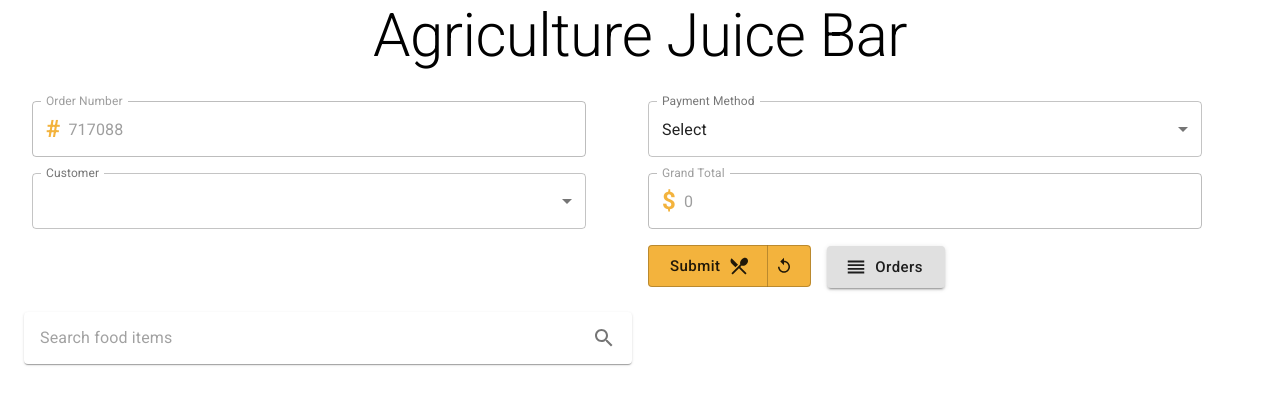
Repository: CydexCode/JuiceBarApplication
Page: / (app in restaurant-app/)
An editor plug-in stored every save of this project. The page is shown before and after the next save, followed by the edit.
The browser window is 1280 px wide. The pictures show the whole page.
The page's requests for data from a server got no answer. The project was rebuilt for these pictures with package versions that can differ from the ones it lists, and the page was loaded fresh each time. No one was signed in, and anything a server would have sent is missing. Also part of the build but not shown: restaurant-app/src/App.css.

Above is the page before, as saved 2024-02-06 03:50:07.

### restaurant-app/public/index.html
<!DOCTYPE html>
<html lang="en">
  <head>
    <meta charset="utf-8" />
    <link rel="icon" href="%PUBLIC_URL%/favicon.ico" />
    <meta name="viewport" content="width=device-width, initial-scale=1" />
    <meta name="theme-color" content="#000000" />
    <meta
      name="description"
      content="Web site created using create-react-app"
    />
    <link rel="apple-touch-icon" href="%PUBLIC_URL%/logo192.png" />
    <!--
      manifest.json provides metadata used when your web app is installed on a
      user's mobile device or desktop. See https://developers.google.com/web/fundamentals/web-app-manifest/
    -->
    <link rel="manifest" href="%PUBLIC_URL%/manifest.json" />
    <!--
      Notice the use of %PUBLIC_URL% in the tags above.
      It will be replaced with the URL of the `public` folder during the build.
      Only files inside the `public` folder can be referenced from the HTML.

      Unlike "/favicon.ico" or "favicon.ico", "%PUBLIC_URL%/favicon.ico" will
      work correctly both with client-side routing and a non-root public URL.
      Learn how to configure a non-root public URL by running `npm run build`.
    -->

    <link rel="preconnect" href="https://fonts.googleapis.com" />
<link rel="preconnect" href="https://fonts.gstatic.com" crossorigin />
<link
  rel="stylesheet"
  href="https://fonts.googleapis.com/css2?family=Roboto:wght@300;400;500;600;700&display=swap"
/>

<link
  rel="stylesheet"
  href="https://fonts.googleapis.com/icon?family=Material+Icons"
/>

    <title>React App</title>

  </head>
  <body>
    <noscript>You need to enable JavaScript to run this app.</noscript>
    <div id="root"></div>
    <!--
      This HTML file is a template.
      If you open it directly in the browser, you will see an empty page.

      You can add webfonts, meta tags, or analytics to this file.
      The build step will place the bundled scripts into the <body> tag.

      To begin the development, run `npm start` or `yarn start`.
      To create a production bundle, use `npm run build` or `yarn build`.
    -->
  </body>
</html>

### restaurant-app/src/index.css
body {
  margin: 0;
  font-family:'Roboto', -apple-system, BlinkMacSystemFont, 'Segoe UI', 'Oxygen',
    'Ubuntu', 'Cantarell', 'Fira Sans', 'Droid Sans', 'Helvetica Neue',
    sans-serif;
  -webkit-font-smoothing: antialiased;
  -moz-osx-font-smoothing: grayscale;
}

code {
  font-family: source-code-pro, Menlo, Monaco, Consolas, 'Courier New',
    monospace;
}

### restaurant-app/src/App.js
import logo from './logo.svg';
import './App.css';
import { Container, Typography } from "@material-ui/core";
import Order from './components/Order';


function App() {
  return (
    <Container maxwidth="md">
          <Typography
          gutterBottom
          variant="h2"
          align="center">
            Agriculture Juice Bar
          </Typography>
          <Order />
    </Container>
  );
}

export default App;

### restaurant-app/src/components/Order/index.js
import React from 'react'
import OrderForm from './OrderForm';
import { useForm } from '../../hooks/useForm';
import { ButtonGroup, Grid, InputAdornment, makeStyles, Button as MuiButton } from '@material-ui/core'
import SearchFoodItems from './SearchFoodItems';
import OrderedFoodItems from './OrderedFoodItems';


const generateOrderNumber = () => Math.floor(10000 + Math.random() * 900000).toString();

const getFreshModelObject = () =>({
  orderMasterId :0,
  orderNumber :generateOrderNumber(),
  customerId : 0,
  pMethod : 'none',
  gTotal : 0,
  deletedOrderItemIds:'',
  orderDetails : []
})

export default function Order() {

  const {
    values,
    setValues,
    errors,
    setErrors,
    handleInputChange,
    resetFormControls
  } = useForm(getFreshModelObject)




  return (


<Grid container spacing={2}>

<Grid item xs={12}>
<OrderForm {...{ setValues,values, errors, handleInputChange,setErrors }} />
            </Grid>

            <Grid item xs={6}>
                <SearchFoodItems
                 {...{

                      values,
                      setValues
                }}
                />

            </Grid>
            <Grid item xs={6}>
                <OrderedFoodItems
                    {...{

                      values,
                      setValues
                      }}
                />
            </Grid>
        </Grid>


  )
}

### restaurant-app/src/components/Order/OrderForm.js
import React,{useState , useEffect} from 'react'
import { ButtonGroup, Grid, InputAdornment, makeStyles, Button as MuiButton } from '@material-ui/core'
import Form from "../../layouts/Form"
import { Input, Select, Button } from "../../controls";
import { useForm } from '../../hooks/useForm';
import ReplayIcon from '@mui/icons-material/Replay';
import RestaurantMenuIcon from '@mui/icons-material/RestaurantMenu';
import ReorderIcon from '@mui/icons-material/Reorder';
import { createAPIEndpoint, ENDPIONTS } from "../../api";
import { roundTo2DecimalPoint } from "../../utils/index";

const pMethods = [
  {id:'none', title:'Select'},
  {id:'Cash', title:'Cash'},
  {id:'Card', title:'Card'},
]

const useStyles = makeStyles(theme => ({
  adornmentText: {
      '& .MuiTypography-root': {
          color: '#f3b33d',
          fontWeight: 'bolder',
          fontSize: '1.5em'
      }
  },
  submitButtonGroup: {
      backgroundColor: '#f3b33d',
      color: '#000',
      margin: theme.spacing(1),
      '& .MuiButton-label': {
          textTransform: 'none'
      },
      '&:hover': {
          backgroundColor: '#f3b33d',
      }
  }
}))

export default function OrderForm(props) {

const { values,setValues,  handleInputChange,setErrors,errors } = props;
const classes = useStyles();

const [customerList, setCustomerList] = useState([]);
const [orderListVisibility, setOrderListVisibility] = useState(false);
const [orderId, setOrderId] = useState(0);
const [notify, setNotify] = useState({ isOpen: false })

useEffect(() => {
  createAPIEndpoint(ENDPIONTS.CUSTOMER).fetchAll()
      .then(res => {
          let customerList = res.data.map(item => ({
              id: item.customerID,
              title: item.customerName
          }));
          customerList = [{ id: 0, title: 'Select' }].concat(customerList);
          setCustomerList(customerList);
      })
      .catch(err => console.log(err))
}, [])


useEffect(() => {
  let gTotal = values.orderDetails.reduce((tempTotal, item) => {
      return tempTotal + (item.quantity * item.foodItemPrice);
  }, 0);
  setValues({
      ...values,
      gTotal: roundTo2DecimalPoint(gTotal)
  })

}, [JSON.stringify(values.orderDetails)]);

const validateForm = () => {
  let temp = {};
  temp.customerId = values.customerId != 0 ? "" : "This field is required.";
  temp.pMethod = values.pMethod != "none" ? "" : "This field is required.";
  temp.orderDetails = values.orderDetails.length != 0 ? "" : "This field is required.";
  setErrors({ ...temp });
  return Object.values(temp).every(x => x === "");
}

const submitOrder = e => {
  e.preventDefault();
  if (validateForm())
  {

  }
}

  return (
    <Form onSubmit={submitOrder}>
    <Grid container>
      <Grid item xs={6}>
        <Input
          disabled
          label="Order Number"
          name="orderNumber"
          value = {values.orderNumber}
          InputProps= {{
            startAdornment : <InputAdornment
            className={classes.adornmentText}
            position="start">#</InputAdornment>
          }}
        />
              <Select
              label="Customer"
               name="customerId"
               value = {values.customerId}
               onChange = {handleInputChange}
               options = {customerList}
               error={errors.customerId}
               />
      </Grid>
      <Grid item xs={6}>
      <Select
              label="Payment Method"
               name="pMethod"
               value = {values.pMethod}
               onChange = {handleInputChange}
               options = {pMethods}
               error={errors.pMethod}
               />
        <Input
          disabled
          label="Grand Total"
          name="gTotal"
          value = {values.gTotal}
          InputProps = {{
            startAdornment : <InputAdornment
            className={classes.adornmentText}
            position="start">$</InputAdornment>
          }}
        />
         <ButtonGroup className = {classes.submitButtonGroup}>

                            <MuiButton
                                size="large"
                                endIcon={<RestaurantMenuIcon />}
                                type="submit">Submit</MuiButton>
                            <MuiButton
                                size="small"
                                // onClick={resetForm}
                                startIcon={<ReplayIcon />}
                            />
         </ButtonGroup>
                          <Button
                            size="large"
                            // onClick={openListOfOrders}
                            startIcon={<ReorderIcon />}
                          >Orders</Button>
      </Grid>
    </Grid>
  </Form>


  )
}

### restaurant-app/src/hooks/useForm.js
import React, { useState } from 'react'

export function useForm(getFreshModelObject) {

    const [values, setValues] = useState(getFreshModelObject());
    const [errors, setErrors] = useState({});

    const handleInputChange = e => {
        const { name, value } = e.target
        setValues({
            ...values,
            [name]: value
        })
    }

    const resetFormControls = () => {
        setValues(getFreshModelObject());
        setErrors({})
    }

    return {
        values,
        setValues,
        errors,
        setErrors,
        handleInputChange,
        resetFormControls
    }
}

### restaurant-app/src/components/Order/SearchFoodItems.js
import React, { useState, useEffect } from 'react'
import { createAPIEndpoint, ENDPIONTS } from "../../api";
import { List, ListItem, ListItemText, Paper, InputBase, IconButton, makeStyles, ListItemSecondaryAction } from '@material-ui/core';
import SearchTwoToneIcon from '@mui/icons-material/SearchTwoTone';
import PlusOneIcon from '@mui/icons-material/PlusOne';
import ArrowForwardIosIcon from '@mui/icons-material/ArrowForwardIos';

const useStyles = makeStyles(theme => ({
    searchPaper: {
        padding: '2px 4px',
        display: 'flex',
        alignItems: 'center',
    },
    searchInput: {
        marginLeft: theme.spacing(1.5),
        flex: 1,
    },
    listRoot: {
        marginTop: theme.spacing(1),
        maxHeight: 450,
        overflow: 'auto',
        '& li:hover': {
            cursor: 'pointer',
            backgroundColor: '#E3E3E3'
        },
        '& li:hover .MuiButtonBase-root': {
            display: 'block',
            color: '#000',
        },
        '& .MuiButtonBase-root': {
            display: 'none'
        },
        '& .MuiButtonBase-root:hover': {
            backgroundColor: 'transparent'
        }
    }
}))

export default function SearchFoodItems(props) {


    const { values, setValues } = props;
    let orderedFoodItems = values.orderDetails;

    const [foodItems, setFoodItems] = useState([]);
    const [searchList, setSearchList] = useState([]);
    const [searchKey, setSearchKey] = useState('');
    const classes = useStyles();

    useEffect(() => {
        createAPIEndpoint(ENDPIONTS.FOODITEM).fetchAll()
            .then(res => {
                setFoodItems(res.data);
                setSearchList(res.data);
            })
            .catch(err => console.log(err))

    }, [])

    useEffect(() => {
        let x = [...foodItems];
        x = x.filter(y => {
            return y.foodItemName.toLowerCase().includes(searchKey.toLocaleLowerCase())
                && orderedFoodItems.every(item => item.foodItemId != y.foodItemId)
        });
        setSearchList(x);
    }, [searchKey, orderedFoodItems])

    const addFoodItem = foodItem => {
        let x = {
            orderMasterId: values.orderMasterId,
            orderDetailId: 0,
            foodItemId: foodItem.foodItemId,
            quantity: 1,
            foodItemPrice: foodItem.price,
            foodItemName: foodItem.foodItemName
        }
        setValues({
            ...values,
            orderDetails: [...values.orderDetails, x]
        })
    }




    return(

        <div>
        <Paper className = {classes.searchPaper}>
            <InputBase
            className={classes.searchInput}
            value={searchKey}
            onChange={e => setSearchKey(e.target.value)}
            placeholder="Search food items"/>
            <IconButton>
                < SearchTwoToneIcon ></SearchTwoToneIcon>
            </IconButton>
        </Paper>



        <List className={classes.listRoot}>
             {
             searchList.map((item, idx)=>(
                  <ListItem
                  key={idx}
                  onClick={e =>addFoodItem(item)}
                  >
                    <ListItemText
                      primary={item.foodItemName}
                      secondary = {'$'+item.price}/>
                       <ListItemSecondaryAction>
                                <IconButton onClick={e =>addFoodItem(item)}>
                                    <PlusOneIcon></PlusOneIcon>
                                    <ArrowForwardIosIcon/>
                                </IconButton>
                    </ListItemSecondaryAction>
                  </ListItem>

             ))
            }
        </List>

        </div>

    )

}

### restaurant-app/src/components/Order/OrderedFoodItems.js
import React from 'react'
import { List, ListItemText, Paper, ListItem, ListItemSecondaryAction, IconButton, ButtonGroup, Button, makeStyles } from '@material-ui/core';
// import DeleteTwoToneIcon from '@material-ui/icons/DeleteTwoTone';
import { roundTo2DecimalPoint } from "../../utils";
import DeleteTwoToneIcon from '@mui/icons-material/DeleteTwoTone';
import SearchFoodItems from './SearchFoodItems';
import Order from './index';



const useStyles = makeStyles(theme => ({
    paperRoot: {
        margin: '15px 0px',
        '&:hover': {
            cursor: 'pointer'
        },
        '&:hover $deleteButton': {
            display: 'block'
        }
    },
    buttonGroup: {
        backgroundColor: '#E3E3E3',
        borderRadius: 8,
        '& .MuiButtonBase-root ': {
            border: 'none',
            minWidth: '25px',
            padding: '1px'
        },
        '& button:nth-child(2)': {
            fontSize: '1.2em',
            color: '#000'
        }
    },
    deleteButton: {
        display: 'none',
        '& .MuiButtonBase-root': {
            color: '#E81719'
        },
    },
    totalPerItem: {
        fontWeight: 'bolder',
        fontSize: '1.2em',
        margin: '0px 10px'
    }
}))

export default function OrderedFoodItems(props) {

    const {values,setValues } = props;
    const classes = useStyles();

    let orderedFoodItems = values.orderDetails;

    const removeFoodItem = (index, id) => {
        debugger;
        let x = { ...values };
        x.orderDetails = x.orderDetails.filter((_, i) => i != index);
        if (id != 0)
            x.deletedOrderItemIds += id + ',';
        setValues({ ...x });
      }

    const updateQuantity = (idx, value) => {
        let x = { ...values };
        let foodItem = x.orderDetails[idx];
        if (foodItem.quantity + value > 0) {
            foodItem.quantity += value;
            setValues({ ...x });
        }
    }


  return (
   <List>
     {   orderedFoodItems.length == 0 ?
     <ListItem>



     </ListItem>
    : orderedFoodItems.map((item,idx)=>(
        <paper key={idx} className={classes.paperRoot}>
            <ListItem>
                <ListItemText
                    primary={item.foodItemName}
                    primaryTypographyProps={{
                                    component: 'h1',
                                    style: {
                                        fontWeight: '500',
                                        fontSize: '1.2em'
                                    }
                                }}
                      secondary = {
                        <>
                        <ButtonGroup
                        className={classes.buttonGroup}
                        size="small">
                            <Button
                            onClick={e => updateQuantity(idx, -1)}
                            >-</Button>
                            <Button
                            disabled
                            >{item.quantity}</Button>
                            <Button
                             onClick={e => updateQuantity(idx, +1)}
                            >+</Button>
                        </ButtonGroup>
                        <span className={classes.totalPerItem}>
                        {'$' + roundTo2DecimalPoint(item.quantity * item.foodItemPrice)}
                        </span>
                        </>
                      }
                      secondaryTypographyProps={{
                        component: 'div'
                      }}

                />
                <ListItemSecondaryAction
                className={classes.deleteButton}
                >
                    <IconButton
                    disableRipple
                    onClick={ e => removeFoodItem(idx,item.orderDetailsId)}
                    >
                        <DeleteTwoToneIcon/>

                    </IconButton>
                </ListItemSecondaryAction>
            </ListItem>

        </paper>
     ))

     }
   </List>
  )
}

### restaurant-app/src/layouts/Form.js
import React from 'react'

import { makeStyles } from "@material-ui/core";

const useStyles = makeStyles(theme => ({
    root: {
        '& .MuiFormControl-root': {
            width: '90%',
            margin: theme.spacing(1)
        }
    }
}))

export default function Form(props) {
    const classes = useStyles();
    const { children, ...other } = props;


    return (
        <form className={classes.root} noValidate autoComplete="off" {...other}>
            {children}
        </form>
    )
}

### restaurant-app/src/controls/index.js
export { default as Button } from './Button'
export { default as Input } from './Input'
export { default as Select } from './Select'

### restaurant-app/src/api/index.js
import axios from "axios";

const BASE_URL = 'http://localhost:53688/api/';

export const ENDPIONTS = {
    CUSTOMER: 'Customer',
    FOODITEM: 'FoodItem',
    ORDER: 'Order'
}

export const createAPIEndpoint = endpoint => {

    let url = BASE_URL + endpoint + '/';
    return {
        fetchAll: () => axios.get(url),
        fetchById: id => axios.get(url + id),
        create: newRecord => axios.post(url, newRecord),
        update: (id, updatedRecord) => axios.put(url + id, updatedRecord),
        delete: id => axios.delete(url + id)
    }
}

### restaurant-app/src/utils/index.js
export const roundTo2DecimalPoint = value => Math.round((value + Number.EPSILON) * 100) / 100;

### restaurant-app/src/controls/Button.js
import React from 'react'
import { Button as MuiButton, makeStyles } from "@material-ui/core";

const useStyles = makeStyles(theme => ({
    root: {
        margin: theme.spacing(1),
        '& .MuiButton-label': {
            textTransform: 'none'
        }
    }
}))

export default function Button(props) {

    const { children, color, variant, onClick, className, ...other } = props;
    const classes = useStyles();

    return (
        <MuiButton
            className={classes.root + ' ' + (className || '')}
            variant={variant || "contained"}
            color={color || "default"}
            onClick={onClick}
            {...other}>
            {children}
        </MuiButton>
    )
}

### restaurant-app/src/controls/Input.js
import React from 'react'
import { TextField } from '@material-ui/core';

export default function Input(props) {

    const { name, label, value, variant, onChange, error = null, ...other } = props;
    return (
        <TextField
            variant={variant || "outlined"}
            label={label}
            name={name}
            value={value}
            onChange={onChange}
            {...other}
            {...(error && { error: true, helperText: error })}
        />
    )
}

### restaurant-app/src/controls/Select.js
import React from 'react'
import { FormControl, InputLabel, Select as MuiSelect, MenuItem, FormHelperText } from '@material-ui/core';

export default function Select(props) {

    const { name, label, value, varient, onChange, options, error = null } = props;

    return (
        <FormControl
            variant={varient || "outlined"}
            {...(error && { error: true })}>
            <InputLabel>{label}</InputLabel>
            <MuiSelect
                label={label}
                name={name}
                value={value}
                onChange={onChange}>
                {
                    options.map(
                        item => (<MenuItem key={item.id} value={item.id}>{item.title}</MenuItem>)
                    )
                }
            </MuiSelect>
            {error && <FormHelperText>{error}</FormHelperText>}
        </FormControl>
    )
}

Loaded but not shown: restaurant-app/src/index.js (common file); restaurant-app/src/reportWebVitals.js (common file)

After the next save:
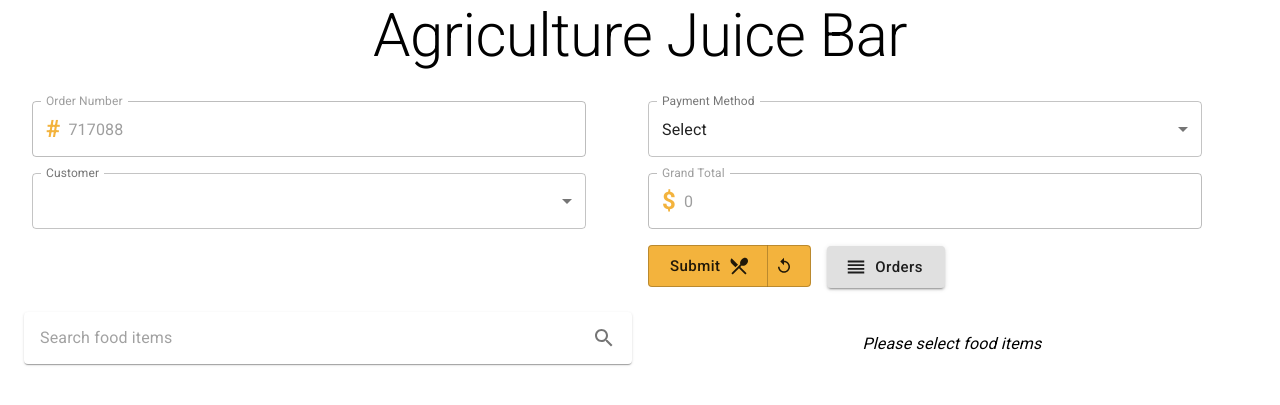
Saved 47 s later.
--- a/restaurant-app/src/components/Order/OrderedFoodItems.js
+++ b/restaurant-app/src/components/Order/OrderedFoodItems.js
@@ -73,11 +73,17 @@ export default function OrderedFoodItems(props) {
   return (
    <List>
      {   orderedFoodItems.length == 0 ?
-     <ListItem>
-
-
-
-     </ListItem>
+      <ListItem>
+      <ListItemText
+          primary="Please select food items"
+          primaryTypographyProps={{
+              style: {
+                  textAlign: 'center',
+                  fontStyle: 'italic'
+              }
+          }}
+      />
+  </ListItem>
     : orderedFoodItems.map((item,idx)=>(
         <paper key={idx} className={classes.paperRoot}>
             <ListItem>
